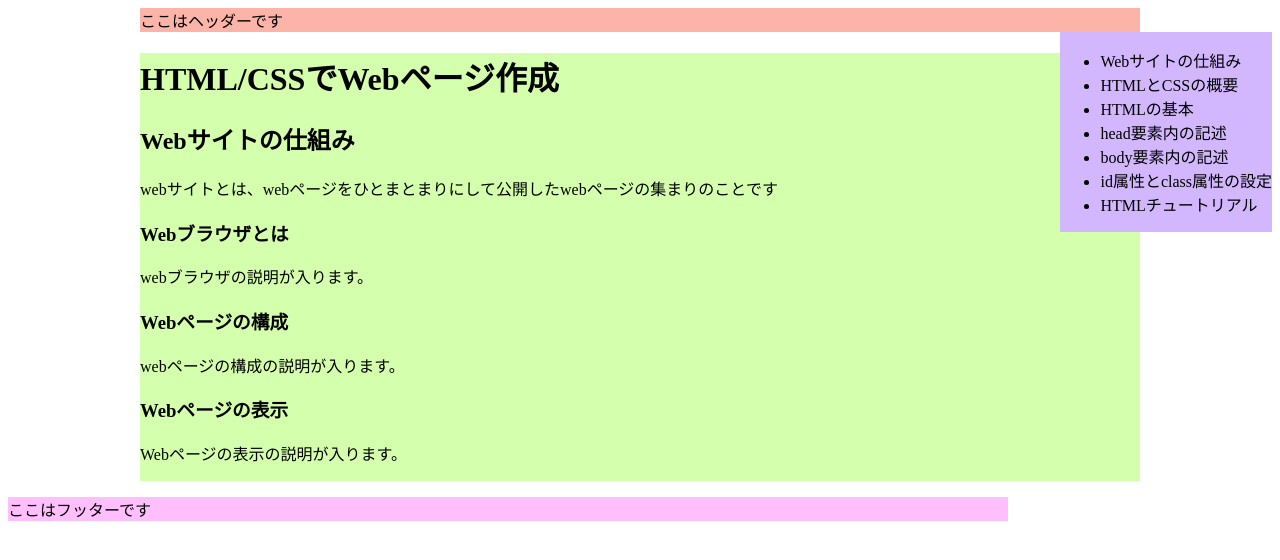
Repository: tak-hs/first-git
Page: kadai-html.html
The author's editor kept a record of every edit. The page is drawn from the files as they stood at one moment, then again after the next edit.
The browser window is 1280 px wide. The pictures show the whole page.

Above is the page before.

After the next edit:
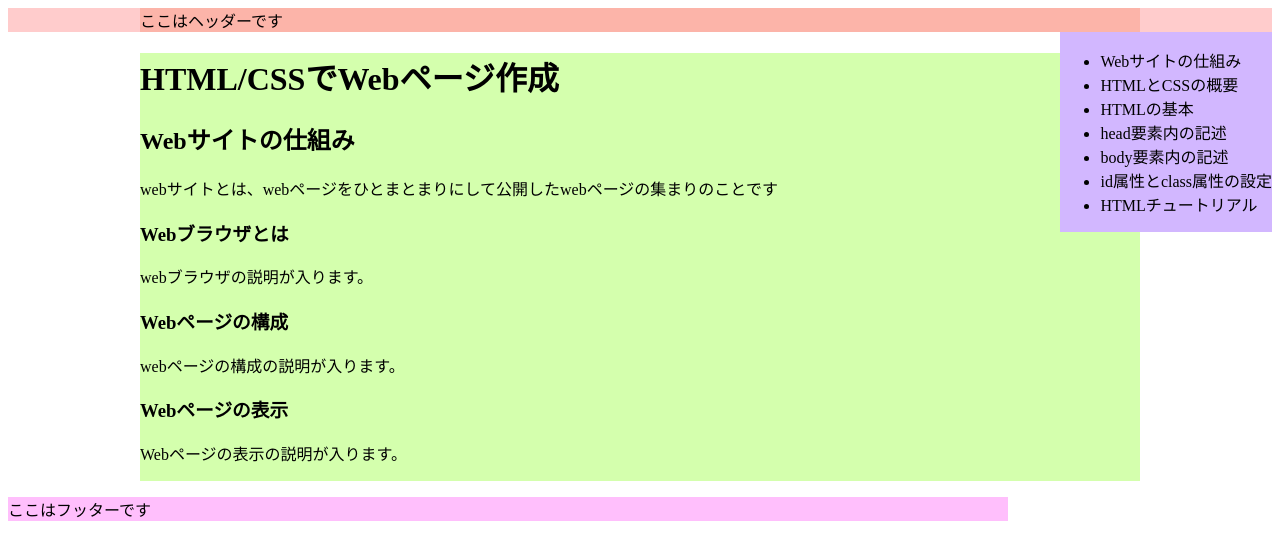
The edit:
--- a/kadai-css.css
+++ b/kadai-css.css
@@ -1,6 +1,7 @@
 @charset "UTF-8";
 
 header{
+    background-color:#ffcccc;
 }
 
 .clearfix::after {
